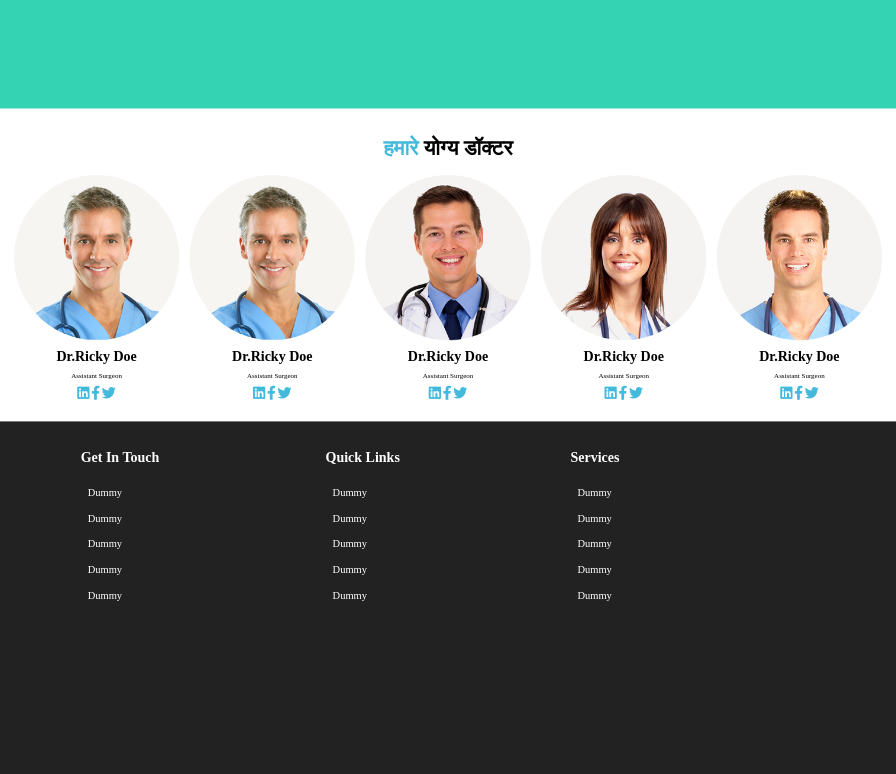
Repository: Aayush919/test
Page: index.html
The author's editor kept a copy of each file at every save. The page is drawn from the files as they stood at one save, then again after the next save.
The browser window is 1280 px wide. The pictures show the part of the page from y = 2840 to 4760 px (the page is 3946 px tall before and 5360 px after), at 70% of full size.

Above is the page before, as saved 2023-10-15 09:04:36.

After the next save:
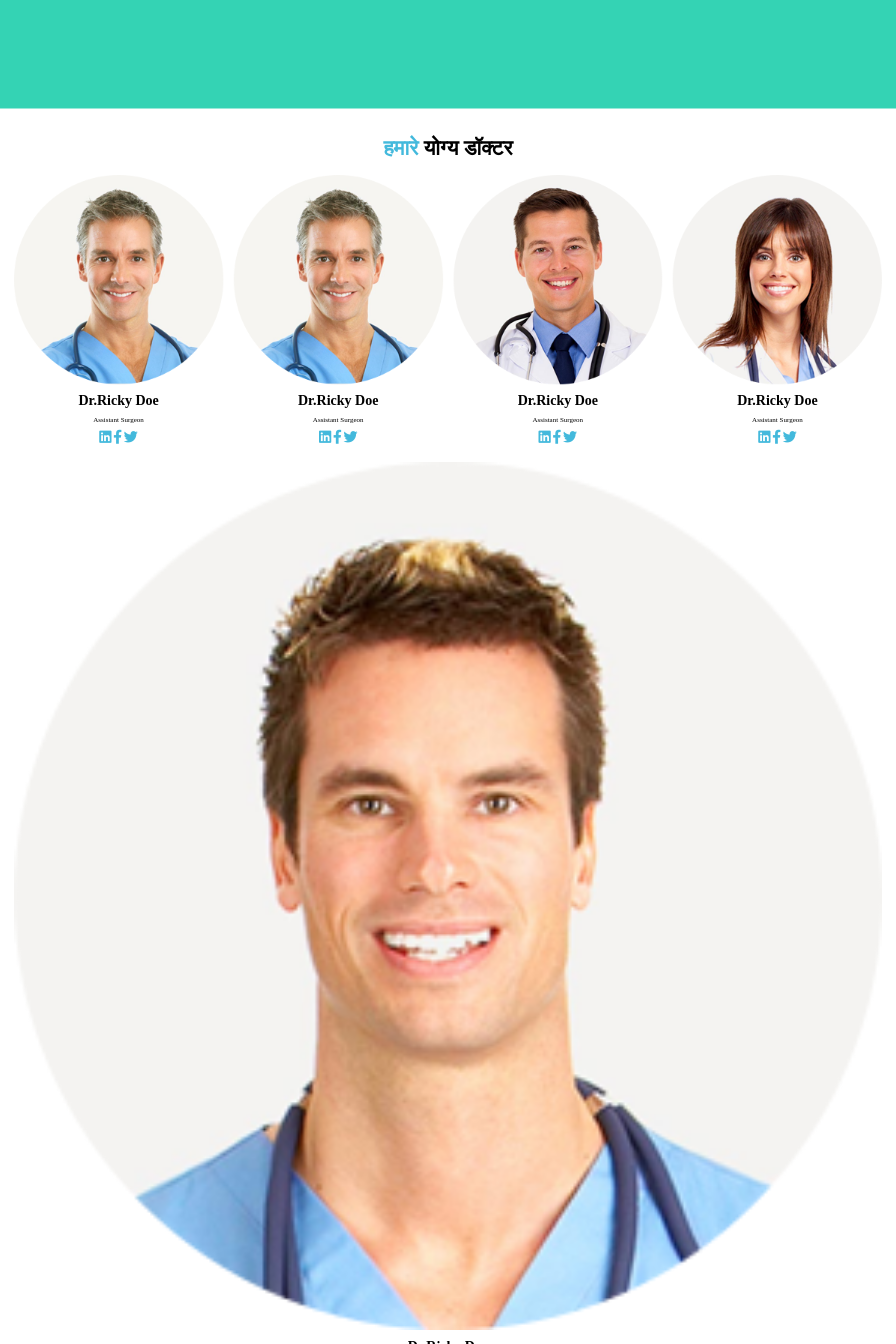
Saved 16 s later.
--- a/style.css
+++ b/style.css
@@ -227,7 +227,7 @@
 }
 .ourteam-inner{
     display: flex;
-    /* flex-wrap: wrap; */
+    flex-wrap: wrap;
     text-align: center;
     gap: 15px;
 }

After the save that followed:
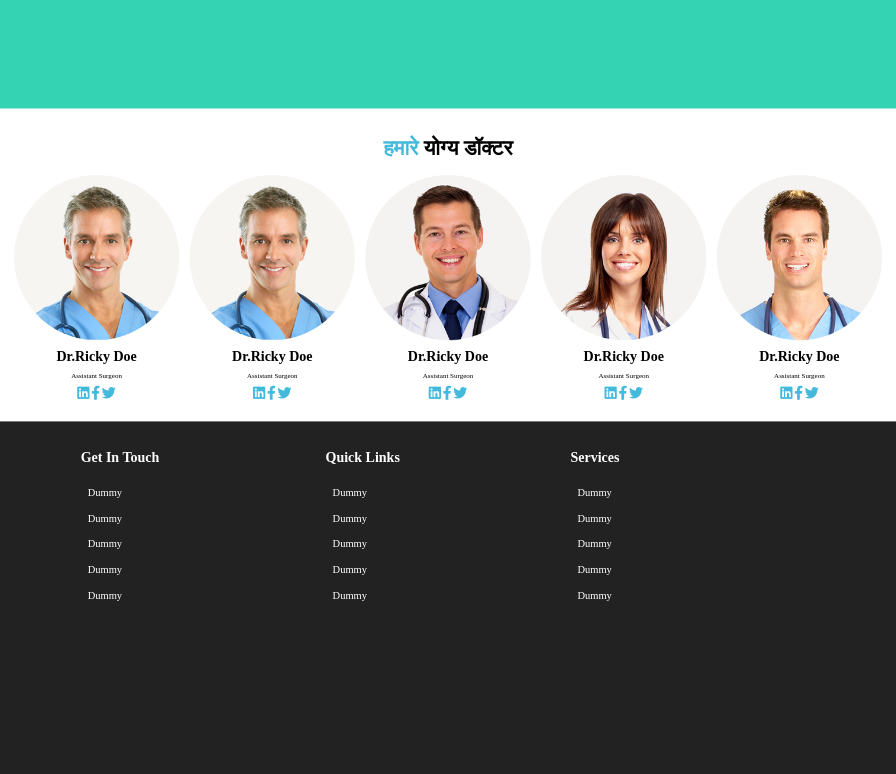
Saved 6 s later.
--- a/style.css
+++ b/style.css
@@ -227,7 +227,7 @@
 }
 .ourteam-inner{
     display: flex;
-    flex-wrap: wrap;
+    /* flex-wrap: wrap; */
     text-align: center;
     gap: 15px;
 }
